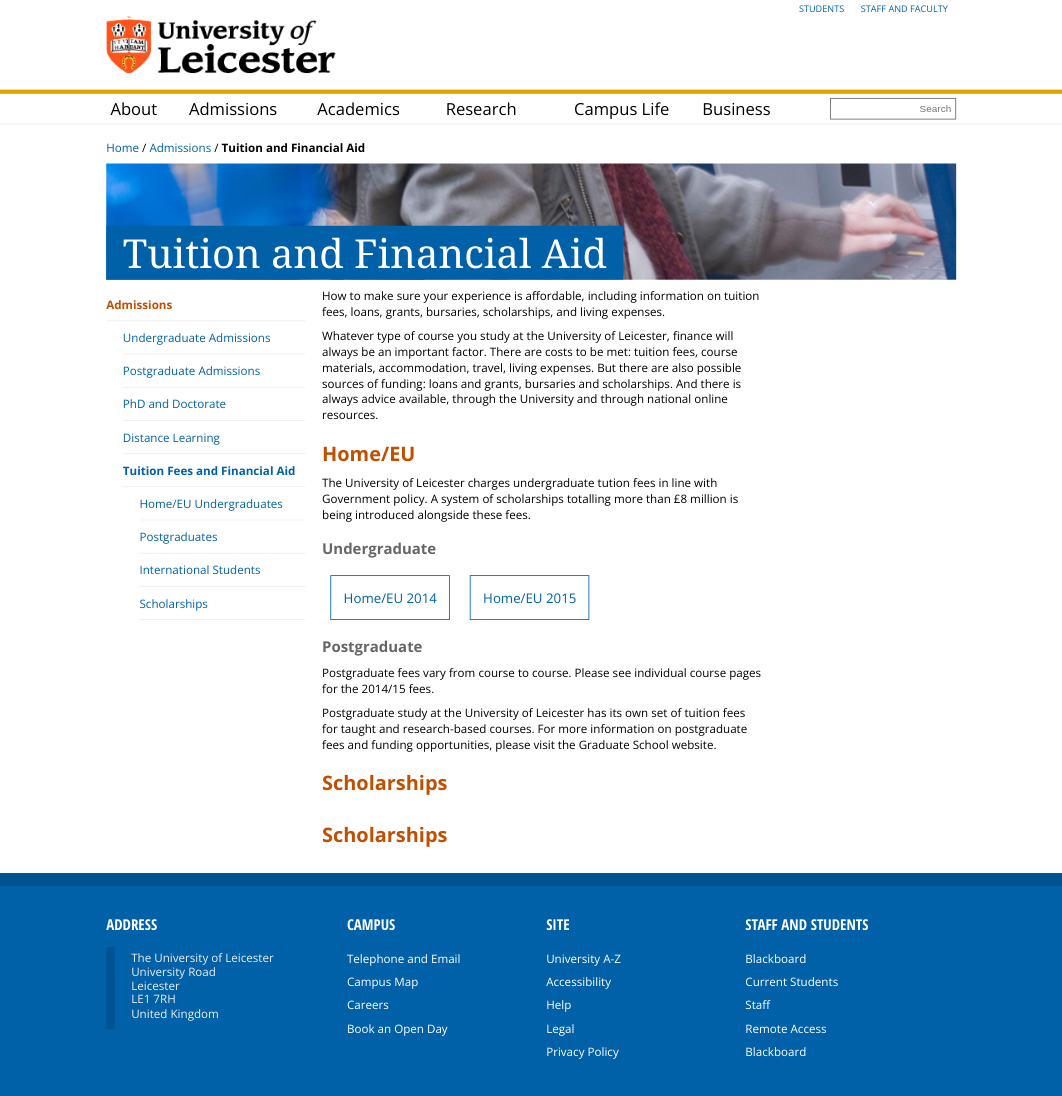
Repository: vqdo/leicester-redesign
Page: costs.html
The author's editor kept a record of every edit. The page is drawn from the files as they stood at one moment, then again after the next edit.
The browser window is 1280 px wide. The pictures show the whole page, at 83% of full size.
Some web libraries are served in a nearby version.

Above is the page before.

### costs.html
<!DOCTYPE html>

<html>
    <head>
        <meta charset="utf-8">
        <meta name="viewport" content="width=device-width,initial-scale=1.0">
        <title>University of Leicester</title>
        <link href='https://fonts.googleapis.com/css?family=Lora:300%7COpen+Sans+Condensed:700%7COpen+Sans:300,700' rel='stylesheet' type='text/css'>
        <link rel="stylesheet" type="text/css" href="css/master.css">

        <!-- Scripts -->
        <script src="https://code.jquery.com/jquery-1.11.0.min.js"></script>
        <script src="https://code.jquery.com/ui/1.11.2/jquery-ui.min.js"></script>
    </head>
     <body>
        <header>
            <div class="logo-wrapper container">
                <a href="/"><h1 class="logo"><span>University of Leicester</span></h1></a>
            </div>

            <nav class="main-nav">
                <div class="main-nav-titles cf">
                    <div class="container">
                    <ul class="fl">
                        <li class="about-title"><a href="/">About</a></li>
                        <li><a href="/">Admissions</a></li>
                        <li><a href="/">Academics</a></li>
                        <li><a href="/">Research</a></li>
                        <li><a href="/">Campus Life</a></li>
                        <li><a href="/">Business</a></li>
                    </ul>
                    <!--<input class="searchbox-submit fr" type="submit" value="Go" />                    -->
                    <input class="searchbox fr" type="text" placeholder="Search" />
                    </div>
                </div>

                <div class="main-nav-dropdown">
                    <div class="container">
                        <div class="dropdown about-links">
                            <ul>
                                <li><a href="/">Facts</a></li>
                                <li><a href="/">Visit Us</a></li>
                            </ul>
                        </div>
                        <div class="dropdown admissions-links">
                            <ul>
                                <li><a href="/">Undergraduate</a></li>
                                <li><a href="/">Masters</a></li>
                                <li><a href="/">PhD and Doctorate</a></li>
                                <li><a href="/">Distance Learning</a></li>
                                <li><a href="costs.html">Tuition and Fees</a></li>
                                <li><a href="http://www2.le.ac.uk/study/open-days">Open Day Visits</a></li>
                            </ul>
                        </div>
                        <div class="dropdown academics-links">
                            <ul>
                                <li><a href="http://www2.le.ac.uk/study/ugp">Undergraduate Courses</a></li>
                                <li><a href="http://www2.le.ac.uk/study/postgrad">Postgraduate Courses</a></li>
                                <li><a href="http://www2.le.ac.uk/study/research">Research Degrees</a></li>
                                <li><a href="http://www.le.ac.uk/library">Library</a></li>

                            </ul>
                        </div>
                        <div class="dropdown research-links">
                            <ul>
                                <li><a href="http://www2.le.ac.uk/research/challenges">Global Challenges</a></li>
                                <li><a href="http://www2.le.ac.uk/research/with">Prospective Students</a></li>
                                <li><a href="http://www2.le.ac.uk/research/departmental">Departmental Research</a></li>
                                <li><a href="http://www2.le.ac.uk/research/current-research">Current Research</a></li>
                            </ul>
                        </div>
                        <div class="dropdown campuslife-links">
                            <ul>
                                <li><a href="/">Visit</a></li>
                            </ul>
                        </div>
                        <div class="dropdown business-links">
                            <ul>
                                <li><a href="/">Visit</a></li>
                                <li><a href="/">Blah</a></li>
                                <li><a href="/">Blah</a></li>
                            </ul>
                        </div>
                    </div>
                </div>
            </nav>

            <nav class="user-type-nav">
                <ul class="container">
                    <!-- Put links in reverse order -->
                    <li><a href="/">Staff and Faculty</a></li>
                    <li><a href="/">Students</a></li>
                </ul>
            </nav>
        </header>


        <!-- BEGIN CONTENT -->

        <div id="tuition-and-aid" class="page-content">
            <div class="container cf">
                <div class="breadcrumbs"><a href="/">Home</a> / <a href="/">Admissions</a> / <strong>Tuition and Financial Aid</strong> </div>
                <h1><span class="page-title">Tuition and Financial Aid</span></h1>
                <nav class="page-navigation">
                    <ul>
                        <li>
                            <h2 class="page-root-link"><a href="/">Admissions</a></h2>
                            <ul>
                                <li><a href="/">Undergraduate Admissions</a></li>
                                <li><a href="/">Postgraduate Admissions</a></li>
                                <li><a href="/">PhD and Doctorate</a></li>
                                <li><a href="/">Distance Learning</a></li>
                                <li>
                                    <a class="active" href="/">Tuition Fees and Financial Aid</a>
                                    <ul>
                                        <li><a href="/">Home/EU Undergraduates</a></li>
                                        <li><a href="/">Postgraduates</a></li>
                                        <li><a href="/">International Students</a></li>
                                        <li><a href="/">Scholarships</a></li>
                                    </ul>
                                </li>
                            </ul>
                        </li>
                    </ul>
                </nav>
                <div class="page-body">
                    <p>How to make sure your experience is affordable, including information on tuition fees, loans, grants, bursaries, scholarships, and living expenses.</p>
                    <p>Whatever type of course you study at the University of Leicester, finance will always be an important factor. There are costs to be met: tuition fees, course materials, accommodation, travel, living expenses. But there are also possible sources of funding: loans and grants, bursaries and scholarships. And there is always advice available, through the University and through national online resources.</p>
                    <h2><a href="/">Home/EU</a></h2>
                        <p>The University of Leicester charges undergraduate tution fees in line with Government policy. A system of scholarships totalling more than £8 million is being introduced alongside these fees.</p>
                    <h3>Undergraduate</h3>
                        <a class="box-link"><span>Home/EU 2014</span></a>
                        <a class="box-link"><span>Home/EU 2015</span></a>
                    <h3>Postgraduate</h3>
                        <p>Postgraduate fees vary from course to course. Please see individual course pages for the 2014/15 fees.</p>

                        <p>Postgraduate study at the University of Leicester has its own set of tuition fees for taught and research-based courses. For more information on postgraduate fees and funding opportunities, please visit the Graduate School website.</p>
                    <h2>Scholarships</h2>
                    <p></p>

                    <h2>Scholarships</h2>
                </div>
                <div class="page-sideinfo">

                </div>
            </div>
        </div>

        <footer class="cf">
            <div class="container">
                <section class="footer-section large">
                    <h2>Address</h2>
                        <address>

                            The University of Leicester<br>
                            University Road<br>
                            Leicester<br>
                            LE1 7RH<br>
                            United Kingdom<br>
                        </address>
                </section>
                <section class="footer-section">
                    <h2>Campus</h2>
                    <ul>
                        <li><a href="http://www2.le.ac.uk/contact">Telephone and Email</a></li>
                        <li><a href="http://www2.le.ac.uk/maps">Campus Map</a></li>
                        <li><a href="http://www.le.ac.uk/help/access">Careers</a></li>
                        <li><a href="http://www2.le.ac.uk/study/open-days">Book an Open Day</a></li>
                    </ul>
                </section>
                <section class="footer-section">
                    <h2>Site</h2>
                    <ul>
                        <li><a href="http://www2.le.ac.uk/indexes">University A-Z</a></li>
                        <li><a href="http://www.le.ac.uk/help/access">Accessibility</a></li>
                        <li><a href="http://www.le.ac.uk/help">Help</a></li>
                        <li><a href="http://www.le.ac.uk/legal">Legal</a></li>
                        <li><a href="http://www.le.ac.uk/legal/privacy-policy">Privacy Policy</a></li>
                    </ul>
                </section>
                <section class="footer-section">
                    <h2>Staff and Students</h2>
                    <ul>
                        <li><a href="/">Blackboard</a></li>
                        <li><a href="/">Current Students</a></li>
                        <li><a href="/">Staff</a></li>
                        <li><a href="/">Remote Access</a></li>
                        <li><a href="/">Blackboard</a></li>
                    </ul>
                </section>
            </div>
        </footer>

        <script src="js/master.js"></script>
    </body>
</html>

### css/master.css
/************************************************************
 * Master css file for the University of Leicester redesign.
 * COGS 187A - Fall 2014
 * Victoria Do, Nancy Acosta, Tanya Zhang
 ************************************************************/

/**
 * CSS reset
 */
/* http://meyerweb.com/eric/tools/css/reset/
   v2.0 | 20110126
   License: none (public domain)
*/

html, body, div, span, applet, object, iframe,
h1, h2, h3, h4, h5, h6, p, blockquote, pre,
a, abbr, acronym, address, big, cite, code,
del, dfn, em, img, ins, kbd, q, s, samp,
small, strike, strong, sub, sup, tt, var,
b, u, i, center,
dl, dt, dd, ol, ul, li,
fieldset, form, label, legend,
table, caption, tbody, tfoot, thead, tr, th, td,
article, aside, canvas, details, embed,
figure, figcaption, footer, header, hgroup,
menu, nav, output, ruby, section, summary,
time, mark, audio, video {
	margin: 0;
	padding: 0;
	border: 0;
	font-size: 100%;
	font: inherit;
	vertical-align: baseline;
}
/* HTML5 display-role reset for older browsers */
article, aside, details, figcaption, figure,
footer, header, hgroup, menu, nav, section {
	display: block;
}
body {
	line-height: 1;
	font: 14px "Open Sans", Arial, sans-serif;
}
ol, ul {
	list-style: none;
}
strong {
    font-weight: bold;
}
blockquote, q {
	quotes: none;
}
blockquote:before, blockquote:after,
q:before, q:after {
	content: '';
	content: none;
}
table {
	border-collapse: collapse;
	border-spacing: 0;
}

/*********************** END RESET *************************/

/**
 * Inline / Text
 */

a {
    color:  #0061A9;
    text-decoration: none;
}
a:hover {
    text-decoration: underline;
}

/**
 * Structural / Block
 */
body {
    background: #fff;
}
header {
    margin: 0 0 60px 0;
}
.container {
    width: 100%;
    max-width: 1024px;
    margin: 0 auto;
}
.logo-wrapper {
    padding: 20px 0;
}
.logo {
    background: url('../img/logo-sprite.png');
    background-position: 0 205px;
    width: 276px;
    height: 68px;
}
.logo.black {
    background-position: 0 205px;
}
.logo.white {
    background-position: 0 0;
}
.logo span {
    opacity: 0;
}

/**
 * Main Navigation
 */
 .searchbox {
     border: 1px solid #666;
     color: #666;
     padding: 2px 5px;
     width: 140px;
     height: 20px;
     font: normal 12px Arial, sans-serif;
     margin-top: 5px;
     text-align: right;
 }
 /*.searchbox-submit {*/
 /*    background: transparent;*/
 /*    color: #f6a04d;*/
 /*    border: 0;*/
 /*    font: bold 14px Arial, sans-serif;*/
 /*    line-height: 30px;*/
 /*}*/

.main-nav li, .user-type-nav li {
     display: inline-block;

 }
.main-nav {
    width: 100%;
    z-index: 10;
    position: absolute;
}
.main-nav-titles {
    background: #FFF /* #0061A9*/;
    background-clip: padding-box;
    border-top: 5px solid #E1A200;
    border-bottom: 1px solid #eee;
}
.main-nav-titles li {
    border-right: 1px solid rgba(255, 255, 255, 0.2);
    color: #FFF;
    /*font: normal 24px Lora, serif;*/
    height: 36px;
    text-align: left;
    width: 145px;
    padding: 0 0 0 5px;
    /*text-shadow: 0 0 1px rgba(0, 0, 0, 0.5);*/
}
.main-nav-titles a {
    color: #000;
    font-family: "Open Sans", Arial, sans-serif;
    font-size: 20px;
    line-height: 38px;
}
.main-nav-titles .active {
    color:  #0061A9;
}
.main-nav.expanded {
    margin: 0;
}
.main-nav.expanded .main-nav-titles {
    border-top: 5px #E1A200 solid;
    background: #FFF !important;
   /* border-bottom: 1px solid #CCC;*/
}
.main-nav.expanded .main-nav-titles a {
    color: #000 /*#f9423a*/ !important;
    text-shadow: none;
}
.main-nav.expanded .main-nav-titles li {
    border-right: 1px solid #eee;
}
.main-nav li:hover {
    /* TODO: main nav hover effect */
    text-decoration: underline;
}
/* adjust About column width */
.main-nav-titles .about-title {
    width: 85px;
    text-align: left;
}

/** Main navigation dropdown **/
.main-nav-dropdown {
    background: rgba(255, 255, 255, 0.9);
    box-shadow: 0 1px 2px rgba(0, 0, 0, 0.2);
    color: #333;
    display: none;
    height: 180px;
    width: 100%;
    overflow: hidden;
}
.main-nav-dropdown .container {
    height: 100%;
}
.main-nav-dropdown .dropdown {
    height: 100%;
    float: left;
    width: 134px;
    padding: 10px 10px;
}
.dropdown {
    border-right: 1px dotted #DDD;
    display: block;
    height: 100%;
}
.dropdown:last-child, .main-nav-titles li:last-child {
    border: none !important;

}
.main-nav-dropdown li {
    display: block;
    padding: 4px 0;
}
.main-nav-dropdown .about-links {
    width: 80px;
    padding: 10px 5px;
}
.main-nav-dropdown a {
    display: block;
    font: normal 12px Arial, sans-serif;
    width: 100%;
}

/*************************
 * User type navigation
 *************************/
.user-type-nav {
    position: absolute;
        top: 0;
    width: 100%;
    box-shadow: 0 0 1px rgba(255, 255, 255, 0.3);
}
.user-type-nav li {
    float: right;
    padding-right: 10px;
}
.user-type-nav li:first-child {
    padding-right: 0;
}
.user-type-nav li:hover {
    text-decoration: overline, underline;
}
.user-type-nav a {
    /*color: #FFF;*/
    text-transform: uppercase;
    font-size:11px;
    padding-right: 10px;


}
/*************************
 * Footer
 *************************/
 footer {
     background: #0061A9;
     border-top: 15px solid #005391;
     color: #FFF;
     padding: 20px 0 40px 0;
 }
 footer a {
     color: #FFF;
 }
 footer a:hover {
     text-decoration: underline;
 }
 footer address {
     border-left: 10px solid  #005391;
     font-size: 14px;
     line-height: 1.2;
     color: #EEE;
     padding: 5px 0 10px 20px;
     /*margin: 0 10px 20px 10px;*/
 }

 footer .address:hover {
     text-decoration: none;
 }
 footer section {
     color: #FFF;
     font: 14px "Open Sans", Arial, sans-serif;
     float: left;
     line-height: 2;
     margin: 0 40px 0 0;
     width: 200px;
 }
 footer section.large {
     width: 250px;
 }
 footer h2 {
     /*border-bottom: 1px solid #004578;     */
     color: #FFF;
     font: 18px "Open Sans Condensed", Arial, sans-serif;
     padding: 5px 0;
     margin: 10px 0;
     text-transform: uppercase;
 }

/**
* Info page styles */
.breadcrumbs {
  /*margin: 10px 0;*/
}
.page-content {
    padding: 0 0 20px 0;
}
.page-content h1 {
  color: #FFF;
  font: normal 48px Lora, Georgia, sans-serif;
  width: 100%;
  height: 140px;
  margin: 10px 0;
  position: relative;
}
.page-title {
  background: #0061A9;
  padding: 0 20px;
  position: absolute;
      bottom: 0;
}
/***********************************
 * Side pages
 ***********************************/
.page-content p {
    padding: 0 0 10px 0;
}

/* Page Navigation */
.page-root-link a {
    color: #C04F00;
    font-weight: bold;
}
.page-navigation {
  float: left;
  width: 240px;
  padding-right: 20px;
}
.page-navigation ul {
    padding: 0 0 0 20px;
}
.page-navigation ul:first-child {
    padding: 0;
}
.page-navigation li a {
    display: block;
    padding: 10px 0;
    border-bottom: 1px solid #EEE;
}
.page-navigation li a:hover {
    color: #C04F00;
}
.page-navigation a.active {
    font-weight: bold;
}

.page-navigation a:hover, p a:hover {
    text-decoration: underline;
}
/** Page body styles **/

.page-body {
  float: left;
  width: 530px;
}
.page-body h2, .page-body h3 {
    padding: 10px 0;
}
.page-body h2 {
    font: bold 24px "Open Sans", Arial, sans-serif;
}
.page-body h3 {
    font: bold 18px "Open Sans", Arial, sans-serif;
}
.page-body h2 a, .page-body h2 {
    color: #C04F00;
}
.page-body h3 a, .page-body h3 {
    color: #666;
}
.page-body .intro {
    padding-top: 10px;
    color: #666;
    font-size: 16px;
}

/**
 * Right sidebar information */

.page-sideinfo {
  float: right;
  width: 220px;
}
.page-sideinfo .module h2 {
    color: #C04F00;
    font-weight: bold;
    padding: 10px 0;
}

a.box-link {
     border: 1px solid #0061A9;
     color: #0061A9;
     font: normal 16px "Open Sans", Arial, sans-serif;
     display: inline-block;
     padding: 15px;
     margin: 10px;
}
.box-link:hover {
    background: #0061A9;
    color: #FFF;
    text-decoration: none ;
}
#tuition-and-aid h1, #tuition-and-aid-international h1 {
  background: url('../img/studentmag_finance.jpg');
  background-size: cover;
}
#tuition-and-aid-international td {
    padding: 10px;
}
#tuition-and-aid-international td:first-child {
    width: 150px;
}

#students h1{
  background: url('../img/students2.jpg');
  background-size: cover;
}
#ugstudents h1{
  background: url('../img/students1.jpg');
  background-size: cover;
}
#pgstudents h1{
  background: url('../img/pgstudents.jpg');
  background-size: cover;
}



/**
 * Utility
 */
.fr {
    float: right;
}
.fl {
    float: left;
}
/**
 * For modern browsers
 * 1. The space content is one way to avoid an Opera bug when the
 *    contenteditable attribute is included anywhere else in the document.
 *    Otherwise it causes space to appear at the top and bottom of elements
 *    that are clearfixed.
 * 2. The use of `table` rather than `block` is only necessary if using
 *    `:before` to contain the top-margins of child elements.
 */
.cf:before,
.cf:after {
    content: " "; /* 1 */
    display: table; /* 2 */
}

.cf:after {
    clear: both;
}

/**
 * For IE 6/7 only
 * Include this rule to trigger hasLayout and contain floats.
 */
.cf {
    *zoom: 1;
}

### js/master.js
var cogs = (function() {
    var self = {};


    self.init = function() {
        console.log("Document ready.");
        self.attachNavHandlers();
    }

    self.attachNavHandlers = function() {
        // User must hover for at least this long before an event is triggered
        var evt_trigger_time = 500;
        var showTimer;

        var $mainNav = $('.main-nav');
        var $mainLinks = $('.main-nav-titles li');
        var $dropdown = $('.main-nav-dropdown');

        var checkHover = function(target) {
            if($(target).is(':hover') && $dropdown.is(':hidden')) {
                $dropdown.slideToggle(200);
                $mainNav.addClass('expanded');
            }
        }

        $mainLinks.mouseenter(function(evt) {
             if($dropdown.is(':hidden')) {
                var target = $(evt.target);

                clearTimeout(showTimer);
                showTimer = setTimeout(function() {
                    checkHover(target);
                }, evt_trigger_time);
            }
        });

        $mainNav.mouseleave(function(evt) {
            //if($dropdown.is(':hover')) return;
            clearTimeout(showTimer);

            if(!$dropdown.is(':hidden')) {
                $dropdown.slideToggle(100);
                $mainNav.removeClass("expanded");
            }

        });
    }

    return self;
})()


$(document).ready(function() {
   cogs.init();
});

After the next edit:
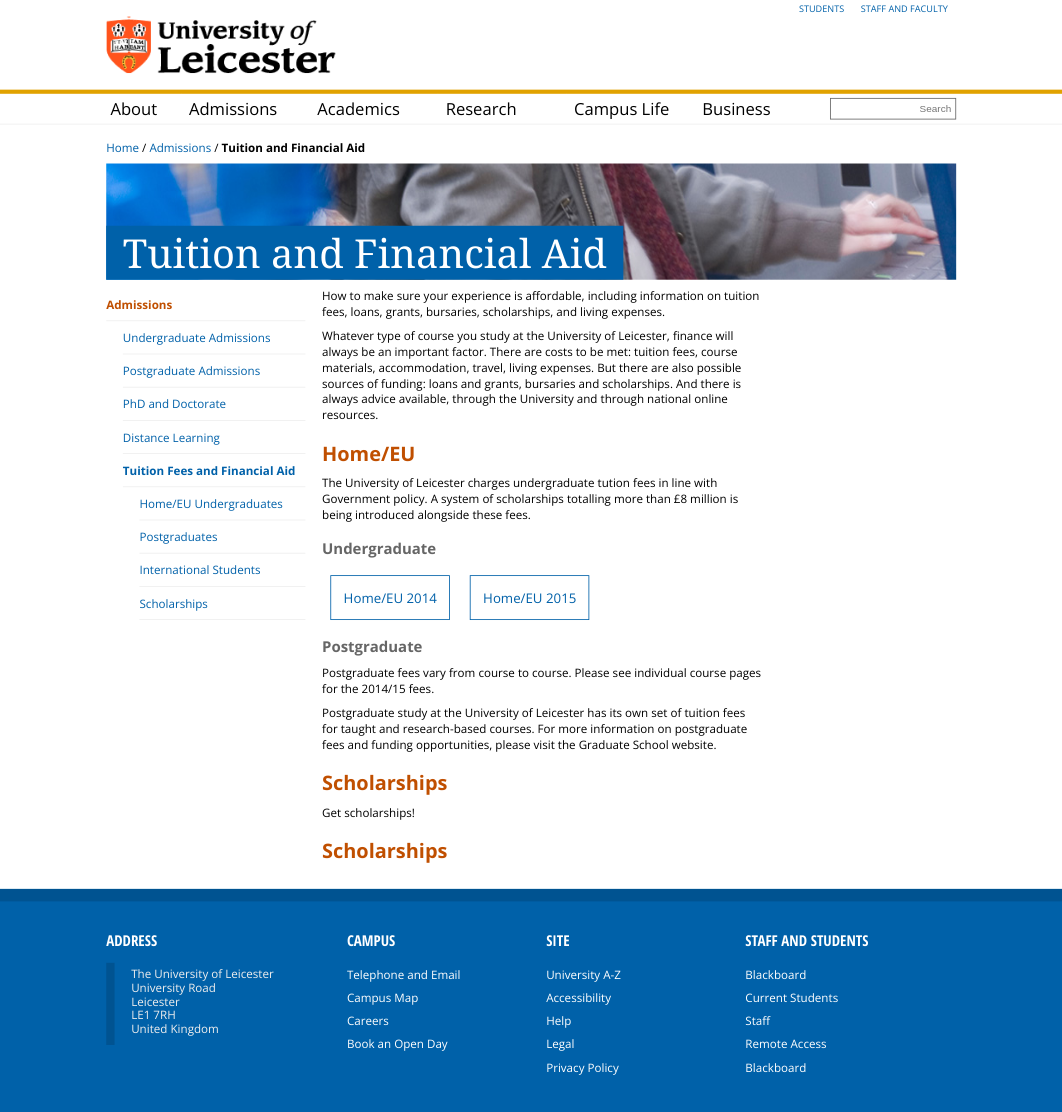
The edit:
--- a/costs.html
+++ b/costs.html
@@ -136,7 +136,7 @@
 
                         <p>Postgraduate study at the University of Leicester has its own set of tuition fees for taught and research-based courses. For more information on postgraduate fees and funding opportunities, please visit the Graduate School website.</p>
                     <h2>Scholarships</h2>
-                    <p></p>
+                    <p>Get scholarships!</p>
 
                     <h2>Scholarships</h2>
                 </div>
